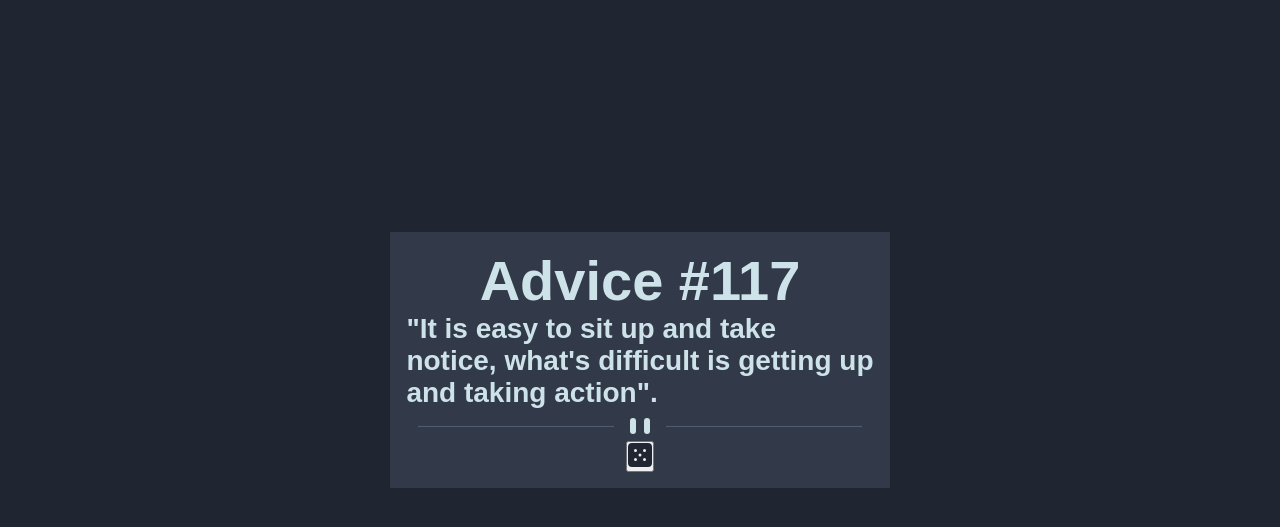
Repository: Daki-builds/advice-generator-app
Page: index.html
The author's editor kept a copy of each file at every save. The page is drawn from the files as they stood at one save, then again after the next save.
The browser window is 1280 px wide. The pictures show the whole page.

Above is the page before, as saved 2026-10-08 18:19:34.

### index.html
<!DOCTYPE html>
<html lang="en">

<head>
  <meta charset="UTF-8">
  <meta name="viewport" content="width=device-width, initial-scale=1.0">
  <link rel="icon" type="image/png" sizes="32x32" href="./images/favicon-32x32.png">
  <link rel="stylesheet" href="style.css">
  <title>Frontend Mentor | Advice generator app</title>

</head>

<body>
  <main class="container">
    <h1>Advice #<span id="advice-id">117</span></h1>
    <p id="adviceText">"It is easy to sit up and take notice, what's difficult is getting up and taking action".</p>
    <div>
      <img src="./images/pattern-divider-desktop.svg" alt="divider">
    </div>
    <button id="adviceBtn"><img src="./images/icon-dice.svg" alt="dice">
    </button>
  </main>
</body>

</html>

### style.css
* {
  margin: 0;
  padding: 0;
  box-sizing: border-box;
}

:root {
  --blue-200: hsl(193, 38%, 86%);
  --green-300: hsl(150, 100%, 66%);
  --blue-600: hsl(217, 19%, 38%);
  --blue-900: hsl(217, 19%, 24%);
  --blue-950: hsl(218, 23%, 16%);

  --font-family: "Manrope", sans-serif;
  --font-weight: 800;
  --font-size: 28px;
}

body {
  font-family: var(--font-family);
  font-weight: var(--font-weight);
  font-size: var(--font-size);
  background-color: var(--blue-950);
  color: var(--blue-200);
  display: flex;
  justify-content: center;
  align-items: center;
  min-height: 100vh;
}

.container {
  background-color: var(--blue-900);
  display: flex;
  flex-direction: column;
  align-items: center;
  padding: 16px;
  width: 39%;
}

After the next save:
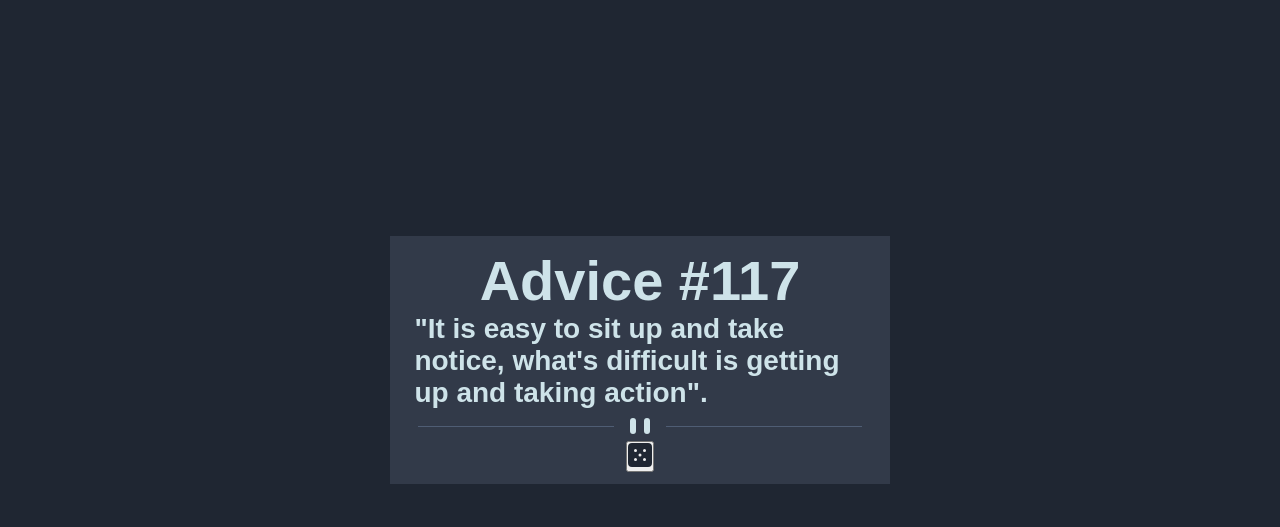
Saved 8 min 2 s later.
--- a/style.css
+++ b/style.css
@@ -33,6 +33,6 @@ body {
   display: flex;
   flex-direction: column;
   align-items: center;
-  padding: 16px;
+  padding: 12px 24px;
   width: 39%;
 }
